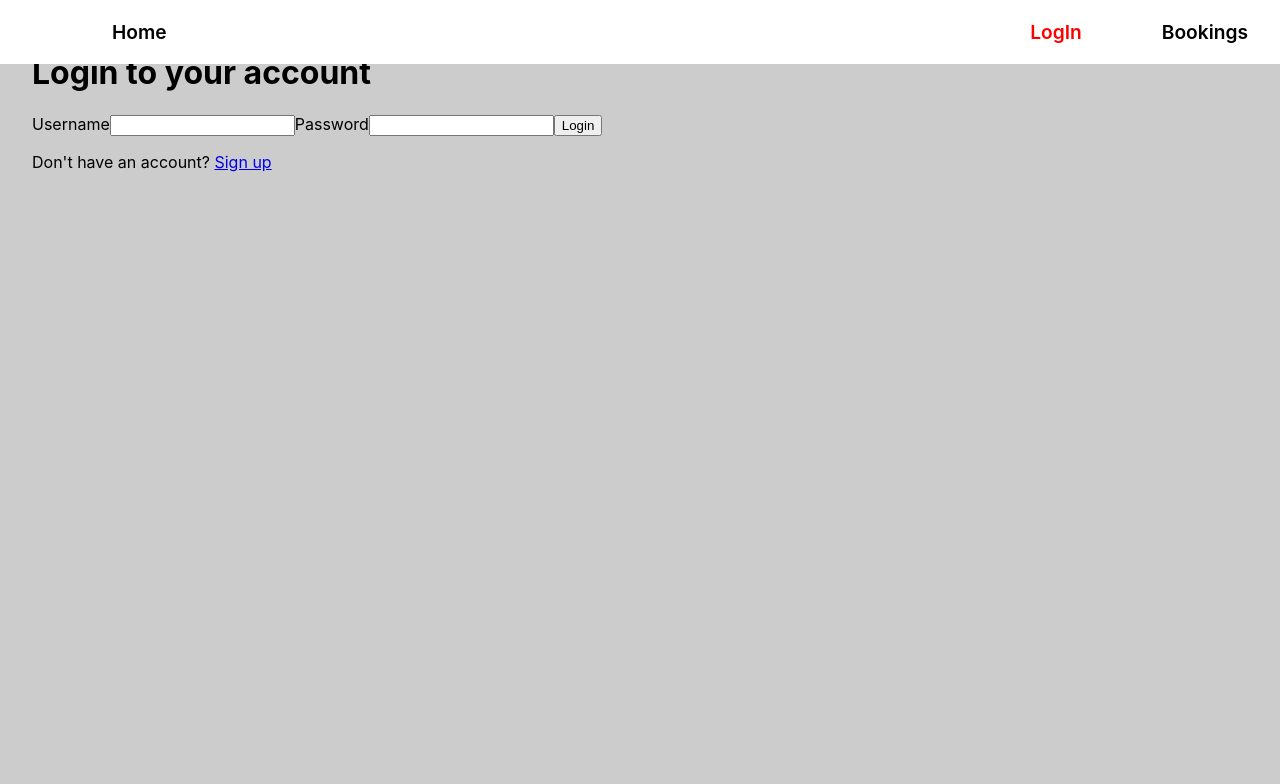
Repository: MikkyPrestige/fake-user-authentication
Page: /login
These files come from the project's save history. The page is drawn as it stood at one moment and after the next save; the edit follows.
The browser window is 1280 px wide. The pictures show the whole page.
The project was rebuilt for these pictures with package versions that can differ from the ones it lists, and the page was loaded fresh each time. Also part of the build but not shown: src/assets/styles/home.css, src/components/home.jsx, src/assets/styles/booking.css, src/components/booking.jsx, src/components/fallBack.jsx, src/assets/styles/error.css, src/components/error.jsx, src/profile/signUp.jsx and 2 more.

Above is the page before, as saved 2022-11-24 05:24:07.

### src/index.css
body {
  margin: 0;
  font-family: -apple-system, BlinkMacSystemFont, 'Segoe UI', 'Roboto', 'Oxygen',
    'Ubuntu', 'Cantarell', 'Fira Sans', 'Droid Sans', 'Helvetica Neue',
    sans-serif;
  -webkit-font-smoothing: antialiased;
  -moz-osx-font-smoothing: grayscale;
  /* background-image: url(./assets/img/pattern_blue-1.jpg);
  background-repeat: no-repeat;
  background-size: cover;
  background-position: center;
  background-attachment: fixed; */
}

code {
  font-family: source-code-pro, Menlo, Monaco, Consolas, 'Courier New',
    monospace;
}

### src/App.jsx
import React from "react";
import { ErrorBoundary } from "react-error-boundary";
import { Route, Routes } from "react-router-dom";
import { Home, Navigation, Booking, FallBack, Error } from "./components";
import { Login, User, Logout, SignUp } from "./profile";
import RequireAuth from "./profile/context/require";
import { AuthProvider } from "./profile/context/auth";

function App() {
  return (
    <div className="App">
      <ErrorBoundary FallbackComponent={FallBack}>
        <Navigation />
        <AuthProvider>
        <Routes>
          <Route path="/" element={<Home />} />
          <Route path="/login">
            <Route index element={<Login />} />
          </Route>
          <Route path="/user" element={<RequireAuth><User /></RequireAuth>} />
          <Route path="/logout" element={<Logout />} />
          <Route path="/signUp" element={<SignUp />} />
          <Route path="/booking" element={<Booking />} />
          <Route path="*" element={<Error />} />
        </Routes>
        </AuthProvider>
      </ErrorBoundary>
    </div>
  );
}

export default App;

### src/components/index.js
export { default as Navigation } from "./navigation";
export { default as Home } from "./home";
export { default as Booking } from "./booking";
export { default as FallBack } from "./fallBack";
export { default as Error } from "./error";

### src/profile/index.js
export { default as Login } from "./login";
export { default as Logout } from "./logout";
export { default as SignUp } from "./signUp";
export { default as User } from "./user";

### src/profile/context/auth.jsx
// USER AUTHENTICATION CONTEXT
// This context is used to store the user authentication data and provide it to the rest of the application

import React, { createContext, useState, useContext } from "react";

// Create the context
const AuthContext = createContext({ user: {
  userName: "",
  email: "",
  password: "",
  confirmPassword: ""
} });

// Create the provider
const AuthProvider = ({ children }) => {

  // Create the state
  const [user, setUser] = useState({
    userName: "",
    email: "",
    password: "",
    confirmPassword: ""
  });

  // Login the user
  const login = (userName, password) => {
    setUser({
      userName,
      password
    });
  };

  // Sign up the user
  const signUp = (userName, password, email) => {
    setUser({
      userName,
      password,
      email
    });
  };

  // Logout the user
  const logout = () => {
    setUser({
      userName: "",
      email: "",
      password: "",
      confirmPassword: ""
    });
  };

  // Return the provider
  return (
    <AuthContext.Provider value={{ user, login, signUp, logout }}>
      {children}
    </AuthContext.Provider>
  );
};

// Create the hook
const useAuth = () => useContext(AuthContext);

// Export the provider and the hook
export { AuthProvider, useAuth };

// // Create the provider
// const AuthProvider = ({ children }) => {
//   // Create the state
//   const [user, setUser] = useState(null);

//   // Create the login function
//   const login = (user) => {
//     // Set the user
//     setUser(user);
//   };

//   // Create the logout function
//   const logout = () => {
//     // Set the user
//     setUser(null);
//   };

//   // Create sign up function
//   const signUp = (user) => {
//     // Set the user
//     setUser(user);
//   };

//   // Return the provider
//   return (
//     <AuthContext.Provider value={{ user, login, logout, signUp }}>
//       {children}
//     </AuthContext.Provider>
//   );
// };

// // Context hook
// const useAuth = () => useContext(AuthContext);

// // Export the context and provider
// export { AuthContext, AuthProvider, useAuth };

### src/components/navigation.jsx
// NAVIGATION COMPONENT

import React from "react";
import { NavLink } from "react-router-dom";
import "../assets/styles/navigation.css";

const Navigation = () => {
  return (
    <div className="navigation">
      <nav className="navigation__links">
        <div className="navigation--link">
          <NavLink
            style={({ isActive }) =>
              isActive ? { color: "red" } : { color: "black" }
            }
            to="/"
            className="navigation__link--item"
          >
            Home
          </NavLink>
        </div>
        <div className="navigation__link--wrapper">
          <NavLink
            style={({ isActive }) =>
              isActive ? { color: "red" } : { color: "black" }
            }
            to="/login"
            className="navigation__link--item"
          >
             LogIn
          </NavLink>
          <NavLink
            style={({ isActive }) =>
              isActive ? { color: "red" } : { color: "black" }
            }
            to="/booking"
            className="navigation__link--item"
          >
            Bookings
          </NavLink>
        </div>
      </nav>
    </div>
  );
};

export default Navigation;

### src/profile/login.jsx
// LOGIN COMPONENT - LOGIN PAGE
// This component is the login page for the application. It is a form that allows the user to enter their username and password.

import React, { useState } from "react";
import { useNavigate, useLocation } from "react-router-dom";
import { useAuth } from "./context/auth";
import "../assets/styles/login.css";

const Login = () => {
  const [userName, setUserName] = useState("");
  const [password, setPassword] = useState("");
  const [error, setError] = useState("");
  const auth = useAuth();
  const navigate = useNavigate();
  const location = useLocation();

  // Validate the form
  const validate = () => {
    if (!userName && !password) {
      setError("Please enter a username and password or email.");
      return false;
    } else if (userName === "") {
      setError("Please enter a username.");
      return false;
    } else if (password === "") {
      setError("Please enter a password.");
      return false;
    } else {
      return true;
    }
  };

  // Handle the form login
  const handleLogin = () => {
    if (validate()) {
      auth.login(userName, password);
      navigate(location.state?.from || "/user", { replace: true }); // Redirect the user to the user page after they login successfully.
    }
  };

  // Handle the form submit
  const handleSubmit = (e) => {
    e.preventDefault();
    console.log(userName, password);
    handleLogin();
  };

  // Handle the form change
  const handleChange = (e) => {
    const { name, value } = e.target;
    if (name === "user") {
      setUserName(value);
    } else if (name === "password") {
      setPassword(value);
    }
  };

  return (
    <div className="login">
      <div className="login__container">
      <h1 className="login__title">Login to your account</h1>
      <form onSubmit={handleSubmit} className="login__form">
        <label htmlFor="user" className="login__label">
          Username
        </label>
        <input
          type="text"
          name="user"
          value={userName}
          onChange={handleChange}
          className="login__input"
        />
        <label htmlFor="password" className="login__label">
          Password
        </label>
        <input
          type="password"
          name="password"
          value={password}
          onChange={handleChange}
          className="login__input"
        />
        <button type="submit" className="login__btn">
          Login
        </button>
      </form>
      <p className="login__error">{error}</p>
      <p className="login__links">
        Don't have an account?{" "}
        <a href="/signUp" className="login__link--item">
          Sign up
        </a>
      </p>
      </div>
    </div>
  );
};

export default Login;

### src/profile/logout.jsx
// LOGOUT COMPONENT:
// This component is for the logout page in the app

import { useEffect } from "react";
import { useNavigate } from "react-router-dom";
import { useAuth } from "./context/auth";

const Logout = () => {
  const auth = useAuth();
  const navigate = useNavigate();

  useEffect(() => {
    auth.logout();
    navigate("/");
  });

  return null;
};

export default Logout;

### src/assets/styles/navigation.css
.navigation {
  background-color: #fff;
  height: 4rem;
  position: fixed;
  top: 0;
  width: 100%;
  z-index: 100;
}

.navigation__links {
  display: flex;
  justify-content: space-between;
  align-items: center;
  height: 100%;
  padding: 0 2rem;
}

.navigation__link--item {
  font-size: 1.2rem;
  font-weight: 600;
  text-decoration: none;
}

.navigation--link {
  margin-left: 5rem;
}

.navigation__link--wrapper {
  display: flex;
  align-items: center;
  gap: 5rem;
}

### src/assets/styles/login.css
.login {
    background-color: #ccc;
    margin: 0 auto;
    padding: 2rem;
    /* width: 100%; */
    height: 100vh;
}

Loaded but not shown: public/index.html (common file); src/index.js (common file)

After the next save:
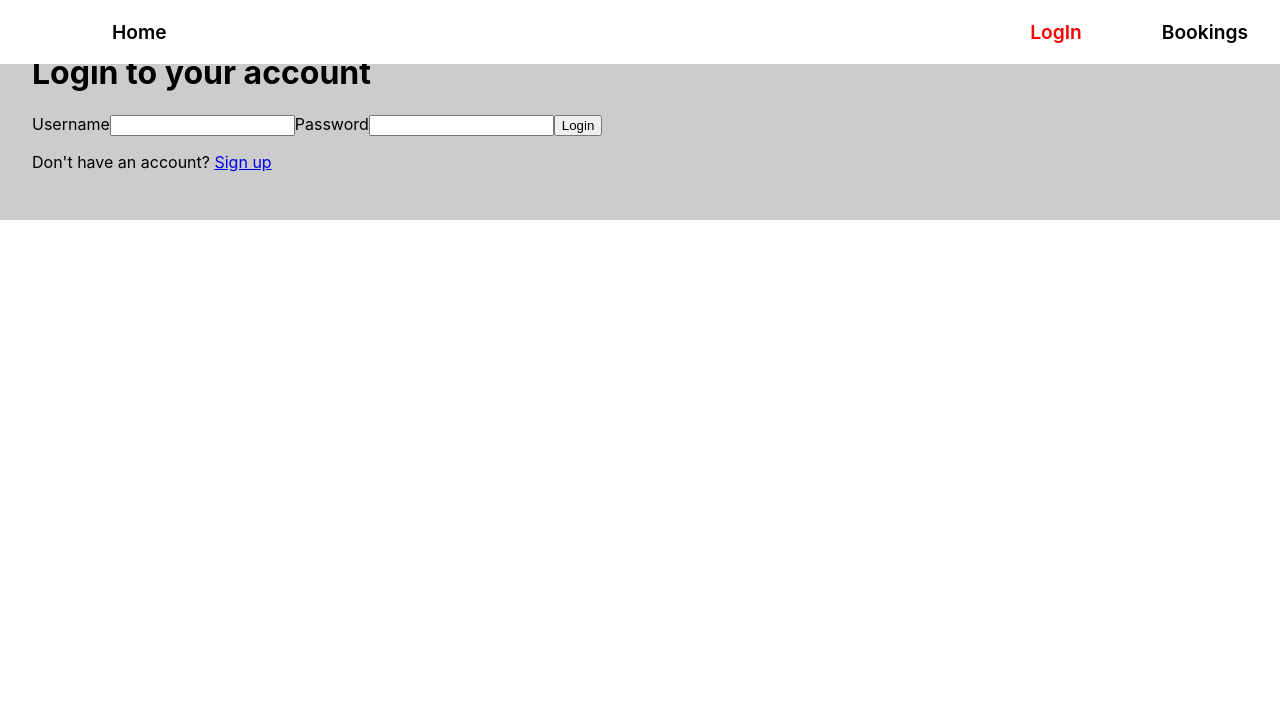
Saved 8 s later.
--- a/src/assets/styles/login.css
+++ b/src/assets/styles/login.css
@@ -2,6 +2,5 @@
     background-color: #ccc;
     margin: 0 auto;
     padding: 2rem;
-    /* width: 100%; */
-    height: 100vh;
+    /* height: 100vh; */
 }

After the save that followed:
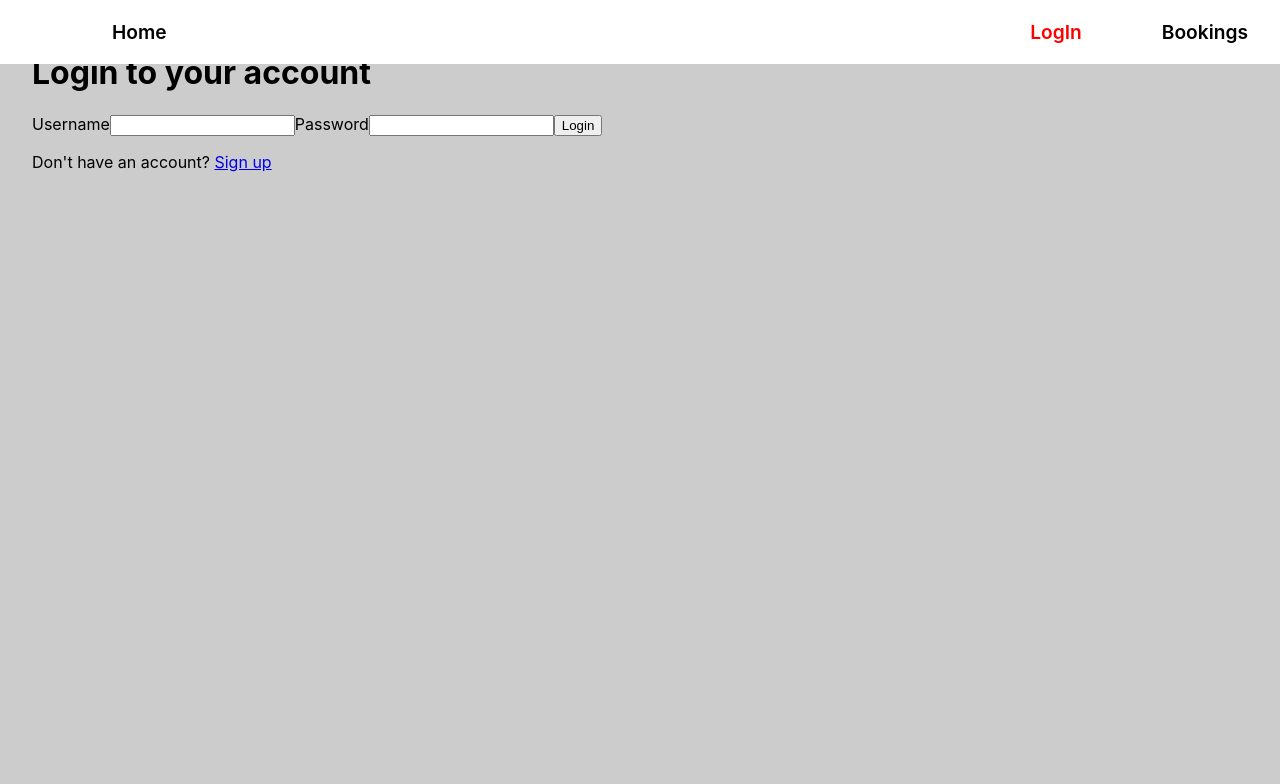
Saved 4 s later.
--- a/src/assets/styles/login.css
+++ b/src/assets/styles/login.css
@@ -2,5 +2,5 @@
     background-color: #ccc;
     margin: 0 auto;
     padding: 2rem;
-    /* height: 100vh; */
+    height: 100vh;
 }
